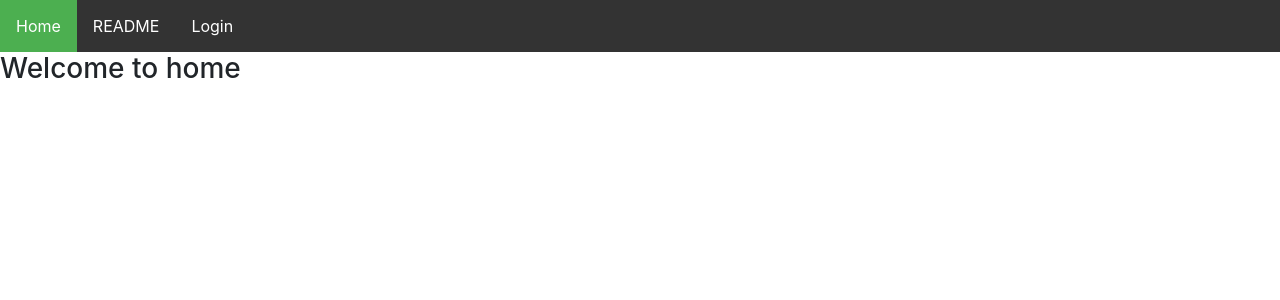
Repository: Vincent-CT/exambase-SPA
Page: /
An editor plug-in stored every save of this project. The page is shown before and after the next save, followed by the edit.
The browser window is 1280 px wide. The pictures show the whole page.
The project was rebuilt for these pictures with package versions that can differ from the ones it lists, and the page was loaded fresh each time. Also part of the build but not shown: src/App.css.

Above is the page before, as saved 2020-01-14 12:55:25.

After the next save:
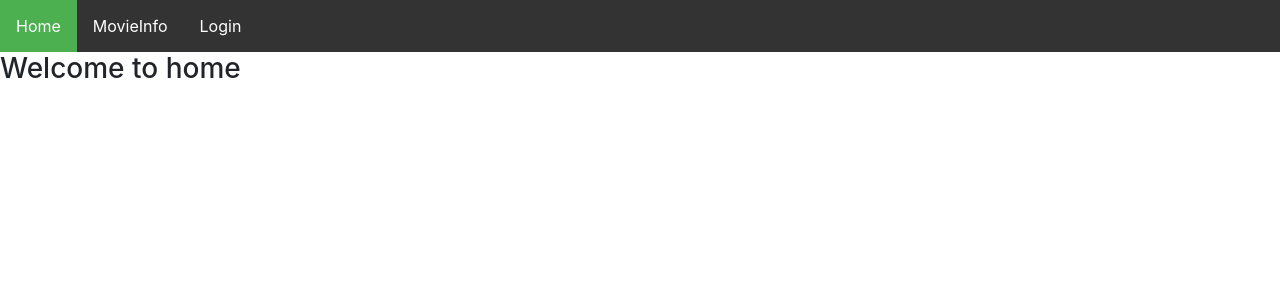
Saved 6 min 23 s later.
--- a/src/App.js
+++ b/src/App.js
@@ -98,8 +98,8 @@ const HeaderStart = () => {
         </NavLink>
       </li>
       <li>
-        <NavLink activeClassName="active" to="/readme">
-          README
+        <NavLink activeClassName="active" to="/movieinfo">
+          MovieInfo
         </NavLink>
       </li>
       <li>
@@ -119,8 +119,8 @@ const ContentStart = ({ login }) => {
       <Route path="/login">
         <LogIn login={login} />
       </Route>
-      <Route path="/readme">
-        <Readme />
+      <Route path="/movieinfo">
+        <MovieInfo />
       </Route>
       <Route path="*">
         <NoMatch />
@@ -143,8 +143,8 @@ const Header = () => {
           </NavLink>
         </li>
         <li>
-          <NavLink activeClassName="active" to="/readme">
-            README
+          <NavLink activeClassName="active" to="/movieinfo">
+            MovieInfo
           </NavLink>
         </li>
         <li>
@@ -178,8 +178,8 @@ const Header = () => {
         </NavLink>
       </li>
       <li>
-        <NavLink activeClassName="active" to="/readme">
-          README
+        <NavLink activeClassName="active" to="/movieinfo">
+          MovieInfo
         </NavLink>
       </li>
       <li>
@@ -200,8 +200,8 @@ const Content = ({ logout }) => {
       <Route path="/people">
         <People />
       </Route>
-      <Route path="/readme">
-        <Readme />
+      <Route path="/movieinfo">
+        <MovieInfo />
       </Route>
       <Route path="/edit">
         <Edit />
@@ -280,29 +280,10 @@ const Edit = () => {
   );
 };
 
-const Readme = () => {
+const MovieInfo = () => {
   return (
     <div className="col-md-8">
       <h3>TO use this SPA change the following</h3>
-
-      <p>1. In the apiFacade change the URL to match your droplet URL.</p>
-      <p>
-        2. To fetch data from the backend Rest-endpoint add new fetches to
-        apiFacade.
-      </p>
-      <p> 3. To use these new fetch methods just call them from App.js. </p>
-      <p>
-        4. To deploy the SPA use - npm run build. n a terminal, in the root of
-        your Client project, type npm run build. This will "build" your project
-        into a folder build
-      </p>
-      <p>
-        5. Still in the root of your project, type: surge --project ./build
-        --domain A_DOMAIN_NAME.surge.s
-      </p>
-      <p>
-        6. That’s it. Your SPA Client is now hosted like A_DOMAIN_NAME.surge.sh
-      </p>
     </div>
   );
 };
